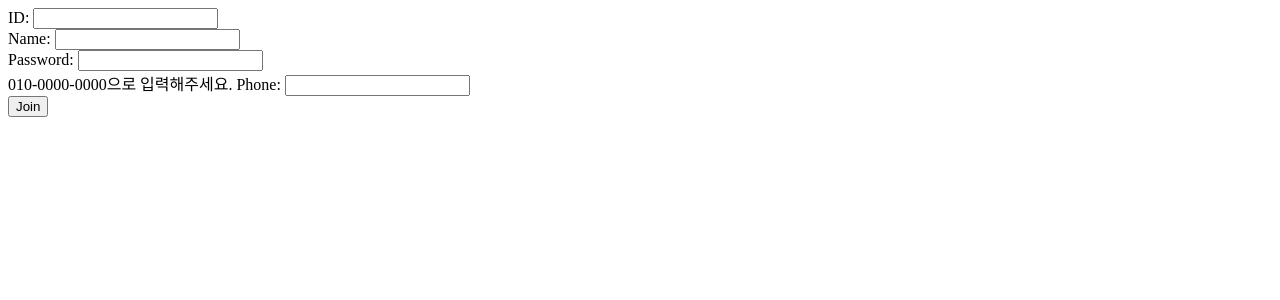
Repository: i-kemen/jsp
Page: WebTest/src/main/webapp/join.html
These files come from the project's save history. The page is drawn as it stood at one moment and after the next save; the edit follows.
The browser window is 1280 px wide. The pictures show the whole page.

Above is the page before, as saved 2023-06-26 05:10:20.

After the next save:
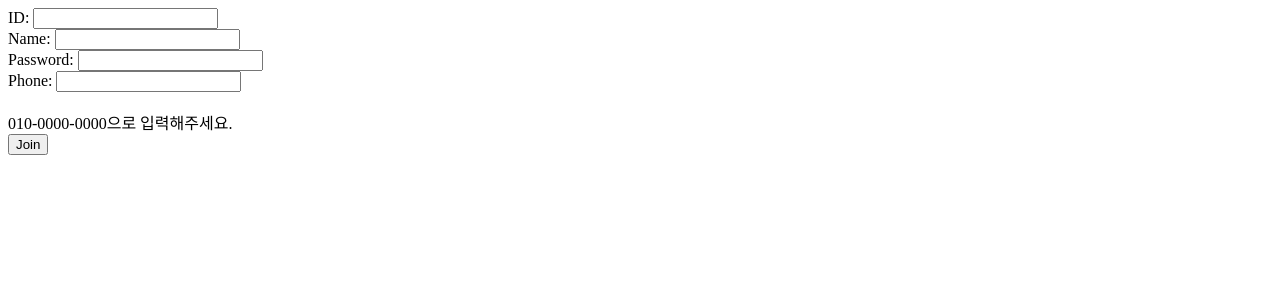
Saved 19 s later.
--- a/WebTest/src/main/webapp/join.html
+++ b/WebTest/src/main/webapp/join.html
@@ -17,10 +17,11 @@
 
         <label for="password">Password:</label>
         <input type="password" id="password" name="password" required><br/>
-        010-0000-0000으로 입력해주세요.
+
 
         <label for="phone">Phone:</label>
         <input type="text" id="phone" name="phone" required><br/>
+        <br>010-0000-0000으로 입력해주세요.</br>
 
         <input type="submit" value="Join">
 
